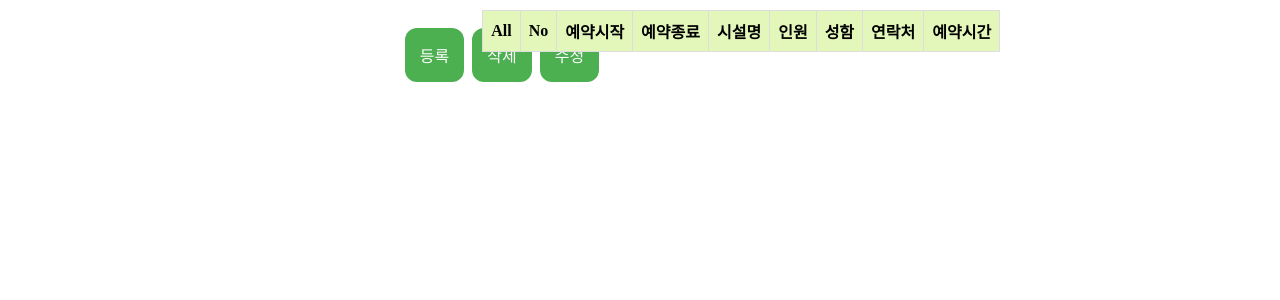
Repository: psyoongsc/SogongDo_Facility
Page: http://localhost/SogongDo_Management_System/Reservation_Mgmt/InquiryReserveView.jsp
An editor plug-in stored every save of this project. The page is shown before and after the next save, followed by the edit.
The browser window is 1280 px wide. The pictures show the whole page.
The page is served by Tomcat 9. Nobody is signed in. The application's start-up code is not run.

Above is the page before, as saved 2020-06-25 16:37:07.

After the next save:
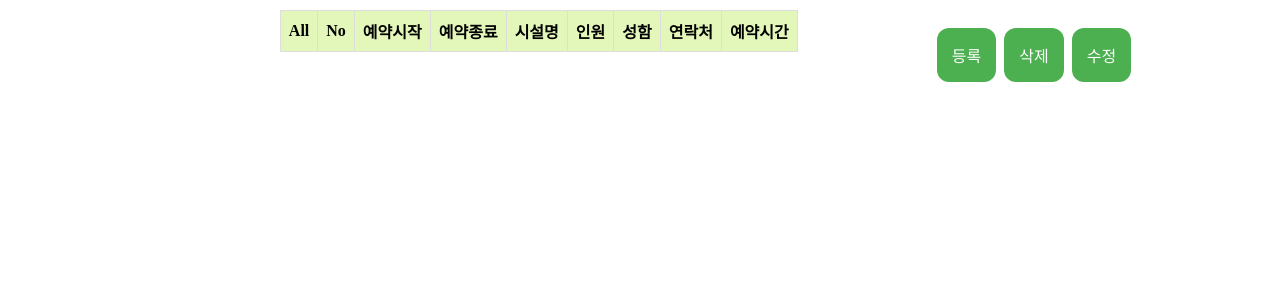
Saved 24 s later.
--- a/SogongDo_Management_System/WebContent/Reservation_Mgmt/InquiryReserveView.jsp
+++ b/SogongDo_Management_System/WebContent/Reservation_Mgmt/InquiryReserveView.jsp
@@ -58,10 +58,6 @@
 </head>
 <body>
         <div class="content">
-          	<button class="bt register">등록</button>
-           	<button class="bt delete">삭제</button>
-			<button class="bt update">수정</button>
-
 
             <table>
                 <thead>
@@ -98,6 +94,10 @@
 					<%}}%>
                 </tbody>
             </table>
+
+            <button class="bt register">등록</button>
+           	<button class="bt delete">삭제</button>
+			<button class="bt update">수정</button>
 
         </div>
 
